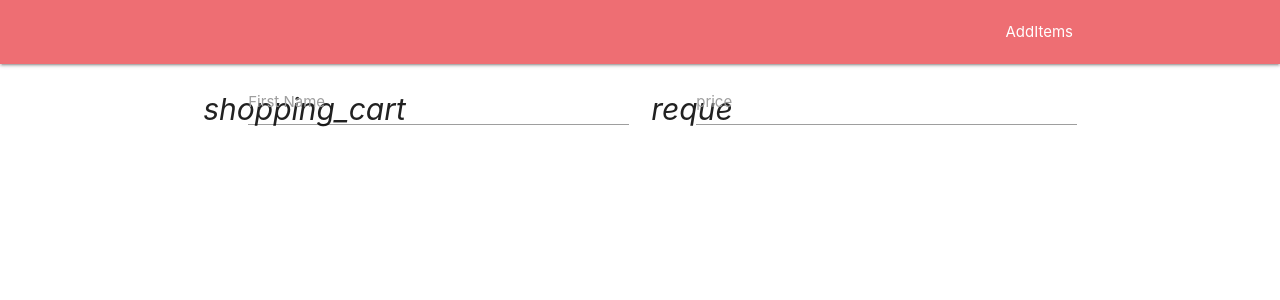
Repository: umarrg/crud-app-ejs-and-nodejs
Page: public/additem.html
An editor plug-in stored every save of this project. The page is shown before and after a run of saves, followed by the edit.
The browser window is 1280 px wide. The pictures show the whole page.

Above is the page before, as saved 2020-12-29 11:52:07.

After the next 2 saves:
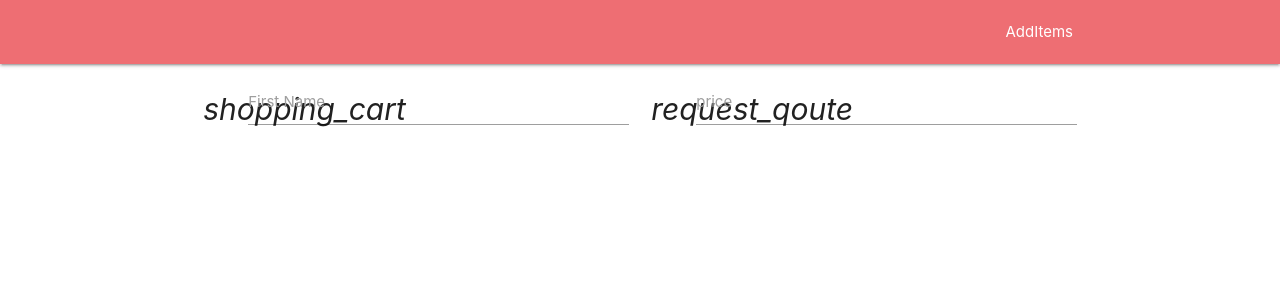
The 2 saves are shown as one change because they came seconds apart.
The last was saved 7 s later.
--- a/public/additem.html
+++ b/public/additem.html
@@ -27,7 +27,7 @@
                   <label for="icon_prefix">First Name</label>
                 </div>
                 <div class="input-field col s6">
-                  <i class="material-icons prefix">reque</i>
+                  <i class="material-icons prefix">request_qoute</i>
                   <input id="icon_telephone" type="tel" class="validate">
                   <label for="icon_telephone">price</label>
                 </div>
